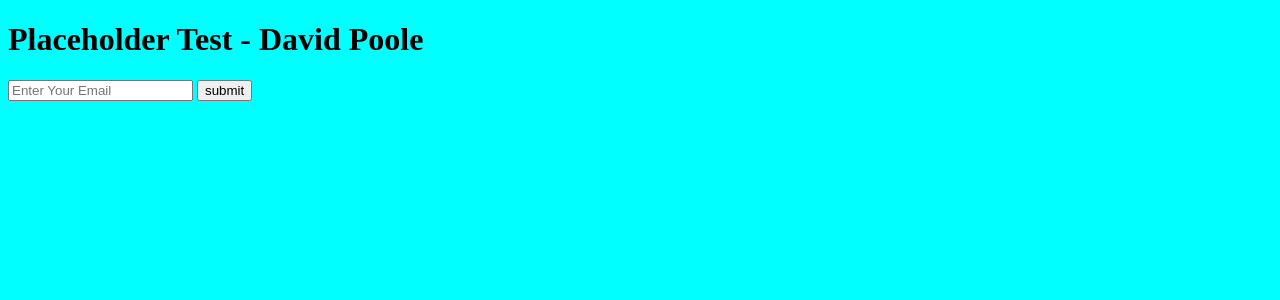
Repository: nss-evening-cohort-E23/gitsub-the-commit-commandos
Page: index.html
These files come from the project's save history. The page is drawn as it stood at one moment and after the next save; the edit follows.
The browser window is 1280 px wide. The pictures show the whole page.

Above is the page before, as saved 2023-05-08 19:18:30.

After the next save:
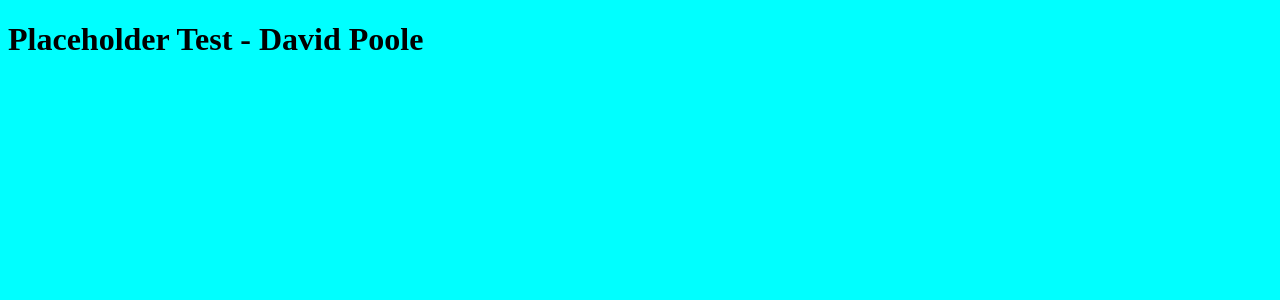
Saved 24 s later.
--- a/index.html
+++ b/index.html
@@ -11,13 +11,7 @@
   <h1>Placeholder Test - David Poole</h1>
 
 
-    <form action="" class="newsletter-form">
-      <input type="text" class="txtb" placeholder="Enter Your Email">
-      <input type="submit" class="btn" value="submit">
-    </form>
-  </div>
-</div>
-</footer>
+
   <script src="main.js"></script>
 </body>
 </html>
